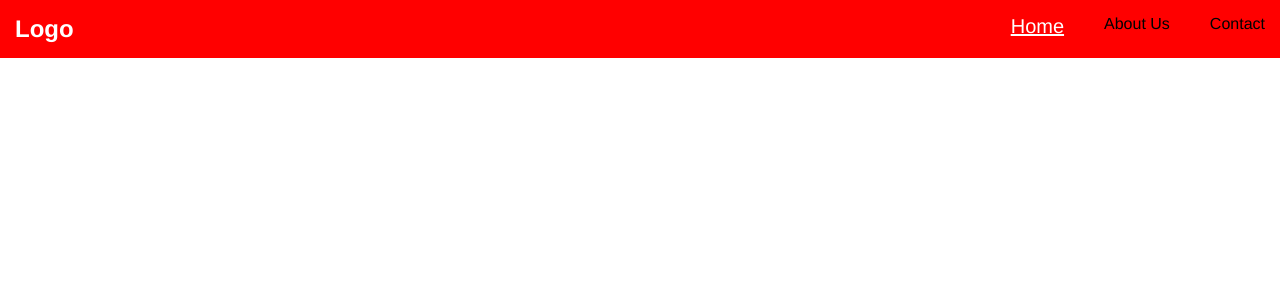
Repository: shreyajadhav13/TP_RP_05
Page: intermediate/assets/menu.html
These files come from the project's save history. The page is drawn as it stood at one moment and after the next save; the edit follows.
The browser window is 1280 px wide. The pictures show the whole page.
The pointer rests on the first visible `.nav > div > ul > li`.

Above is the page before, as saved 2024-06-20 16:47:37.

### intermediate/assets/menu.html
<!DOCTYPE html>
<html lang="en">
<head>
    <meta charset="UTF-8">
    <meta name="viewport" content="width=device-width, initial-scale=1.0"/>
    <title>Navbar</title>
    <link rel="stylesheet" href="/assets/style.css">
</head>
<body>
    <nav class="nav">
        <div>
        <h1 class="main">Logo</h1>
        </div>
        <div>
        <ul>
                <li>Home</li>
                <li>About Us</li>
                <li>Contact</li>
        </ul>
    </div>
</nav>
</body>
</html>

### intermediate/assets/style.css
/* Global Selector */
*{
    /* CSS Resetting */
    margin: 0;
    padding: 0;
    box-sizing: border-box;
    font-family: 'Franklin Gothic Medium', 'Arial Narrow', Arial, sans-serif;
    list-style: none;
}

h1,label{
    font-family: 'Franklin Gothic Medium', 'Arial Narrow', Arial, sans-serif;
}

.button{
    border-color: black;
    padding: 3px 4px 1px 5px;
}

/*  Id Selector */
#login{
    color: white;
}
form{
    height: 300px;
    width: 300px;
    border: 2px ;
    border-radius: 8px;
    background-color:rgba(255, 255, 255, 0.322)


}

.main{
    color:white
}
/*  Class Selector */
.form-input{
    margin: 40px 0px 0px 0px;
}

button:hover {
    opacity: 0.8;

}
/* End Login */

/* Navbar */

.nav{
    display: flex;
    justify-content: space-between;
    background-color:red
}
.nav > div {
    padding:15px;
}

.nav > div > ul {
    display:flex;
    gap:40px;
}
.nav > div > ul > li:hover {
    text-decoration: underline;
    cursor: pointer;
    font-size: 20px;
    color:white
}

/* End Navbar */

After the next save:
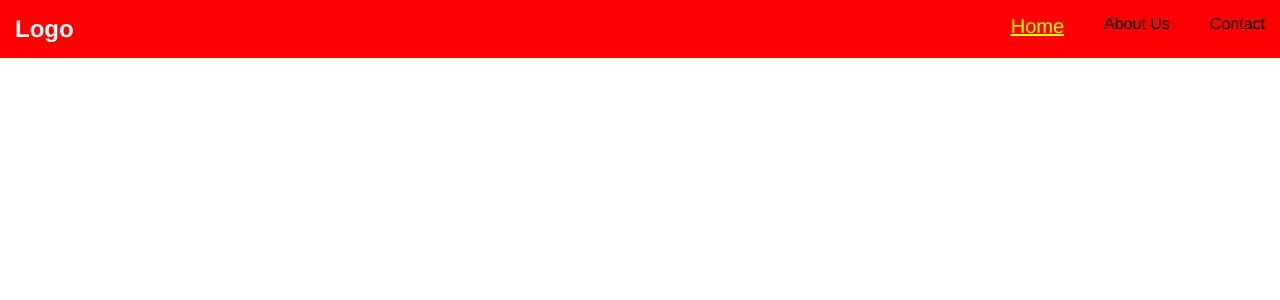
Saved 53 s later.
--- a/intermediate/assets/style.css
+++ b/intermediate/assets/style.css
@@ -64,7 +64,7 @@ button:hover {
     text-decoration: underline;
     cursor: pointer;
     font-size: 20px;
-    color:white
+    color:yellow
 }
 
 /* End Navbar */
